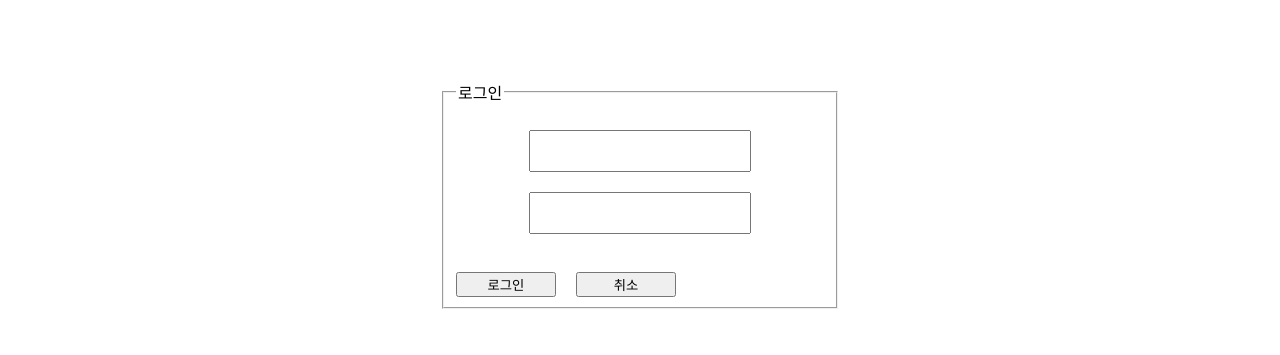
Repository: okgunyang/jsp
Page: http://localhost/practice01/login.jsp
An editor plug-in stored every save of this project. The page is shown before and after the next save, followed by the edit.
The browser window is 1280 px wide. The pictures show the whole page.
The page is served by Tomcat 9. Other server files are loaded and not shown.

Above is the page before, as saved 2022-10-14 04:56:54.

### practice01/WebContent/login.jsp
<%@ page language="java" contentType="text/html; charset=UTF-8"
    pageEncoding="UTF-8"%>
<!DOCTYPE html>
<html>
<head>
<meta charset="UTF-8">
<title>로그인</title>
<style>
#loginForm { width:400px; margin:80px auto; }
.input_data { display:block; width:200px; height:36px; line-height:36px;
clear:both; margin:20px auto; padding-left:1em; font-size:16px; }
.input_btn { display:inline-block; width:100px; }
</style>
</head>
<body>
	<form action="loginPro.jsp" method="post" id="loginForm">
		<fieldset>
			<legend>로그인</legend>
			<input type="text" name="id" id="id" class="input_data">
			<input type="password" name="pw" id="pw" class="input_data"><br>
			<input type="submit" value="로그인" class="input_btn"> &nbsp; &nbsp;
			<input type="reset" value="취소" class="input_btn">
		</fieldset>
	</form>
</body>
</html>

After the next save:
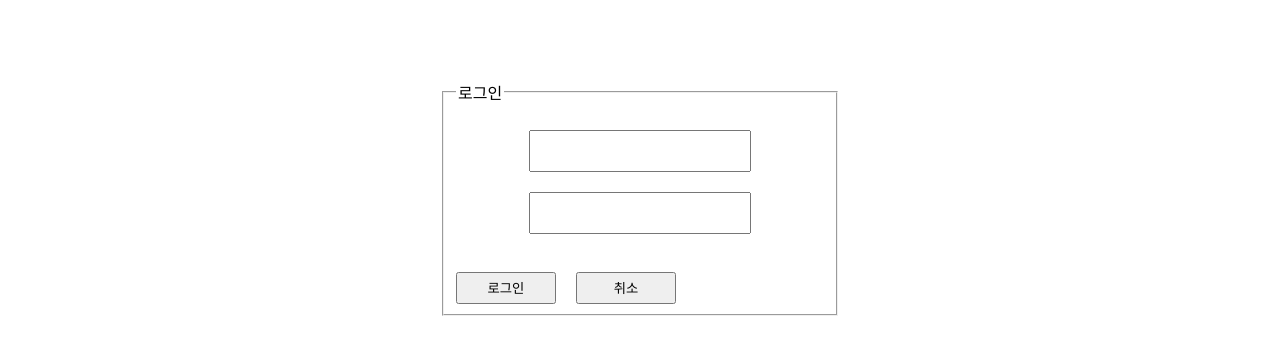
Saved 18 s later.
--- a/practice01/WebContent/login.jsp
+++ b/practice01/WebContent/login.jsp
@@ -9,7 +9,8 @@
 #loginForm { width:400px; margin:80px auto; }
 .input_data { display:block; width:200px; height:36px; line-height:36px;
 clear:both; margin:20px auto; padding-left:1em; font-size:16px; }
-.input_btn { display:inline-block; width:100px; }
+.input_btn { display:inline-block; width:100px; text-align:center;
+height:32px; line-height:32px; }
 </style>
 </head>
 <body>
